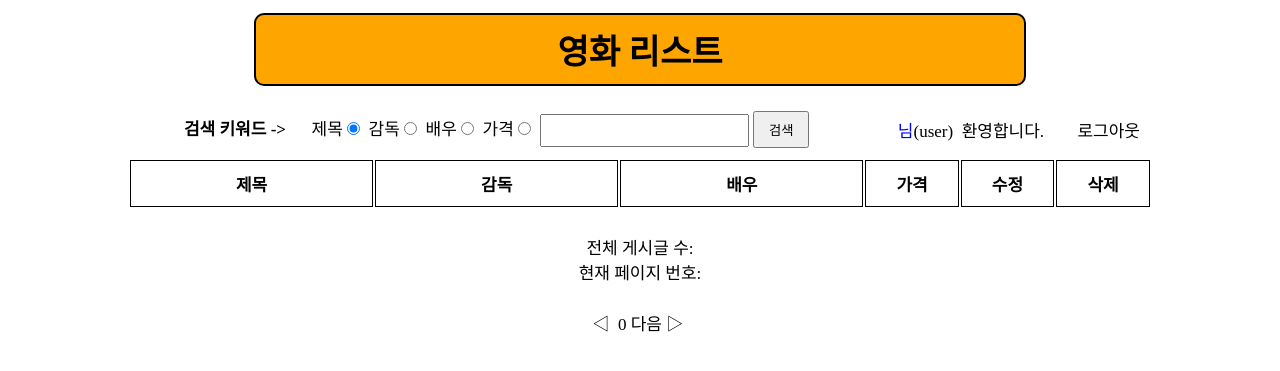
Repository: EverythingOfC/movie
Page: http://localhost/movie/movie/list.jsp
These files come from the project's save history. The page is drawn as it stood at one moment and after the next save; the edit follows.
The browser window is 1280 px wide. The pictures show the whole page.
The page is served by Tomcat 9. Nobody is signed in. The application's start-up code is not run. The template is opened directly, without the code that normally fills it, so the values that code supplies are empty.

Above is the page before, as saved 2023-01-03 10:14:05.

After the next save:
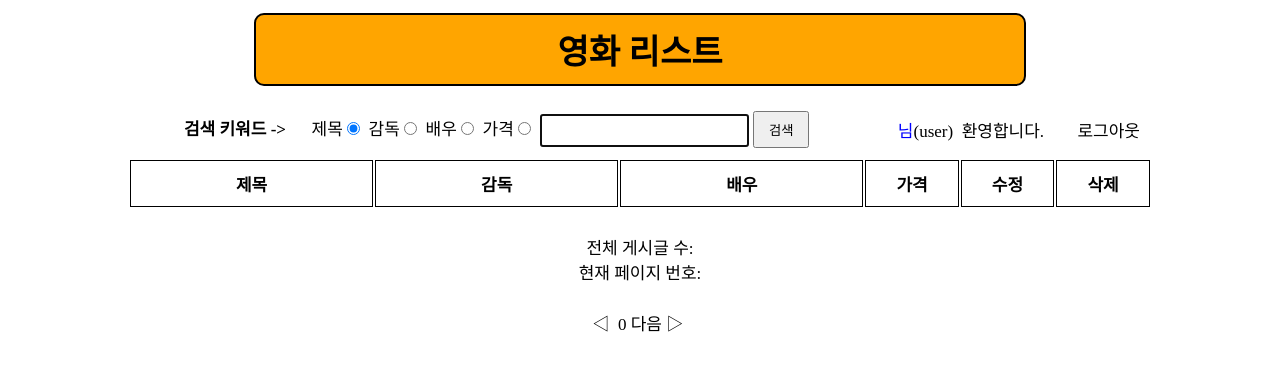
Saved 93 s later.
--- a/movie/src/main/webapp/movie/list.jsp
+++ b/movie/src/main/webapp/movie/list.jsp
@@ -34,7 +34,7 @@
 				<label for="price">가격</label>
 				<input type="radio" name="column" value="price" id ="price">&nbsp;
 
-				<input type="text" name="search" style="padding:7px 14px;">
+				<input type="text" name="search" autofocus style="padding:7px 14px;">
 				<input type="submit" value="검색" style="padding:7px 14px;">
 
 				</form>
